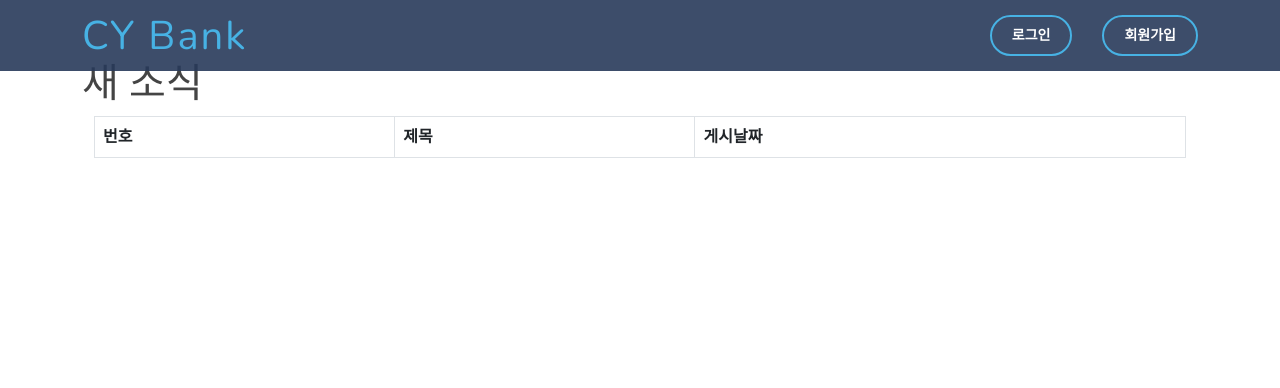
Repository: scy0814/Spring
Page: http://localhost/CYBank/jsp/notice/Notice.jsp
An editor plug-in stored every save of this project. The page is shown before and after the next save, followed by the edit.
The browser window is 1280 px wide. The pictures show the whole page.
The page is served by Tomcat 9.

Above is the page before, as saved 2023-06-26 13:02:28.

After the next save:
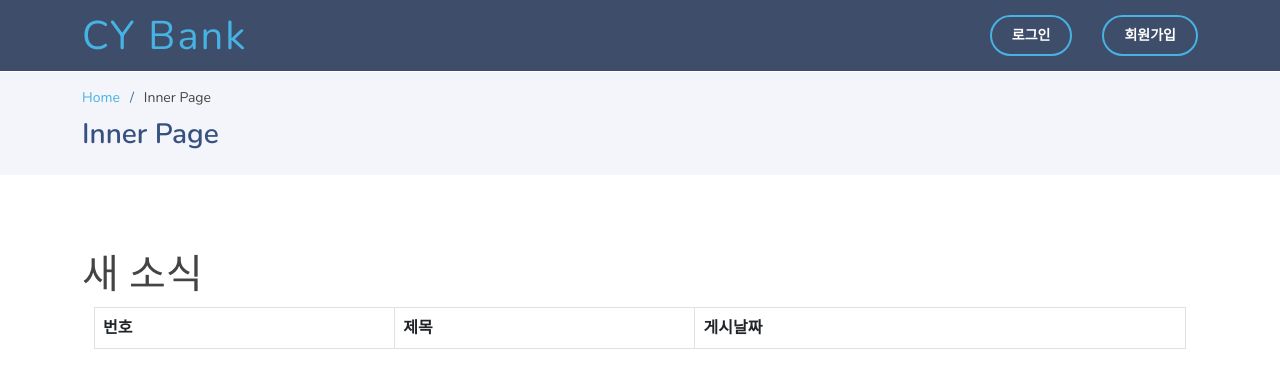
Saved 83 s later.
--- a/CYBank/src/main/webapp/jsp/notice/Notice.jsp
+++ b/CYBank/src/main/webapp/jsp/notice/Notice.jsp
@@ -31,8 +31,24 @@
 <header>
 <jsp:include page="/jsp/include/header.jsp" />
 </header>
-<section class="inner-page">
+ <section id="breadcrumbs" class="breadcrumbs">
       <div class="container">
+
+        <ol>
+          <li><a href="index.html">Home</a></li>
+          <li>Inner Page</li>
+        </ol>
+        <h2>Inner Page</h2>
+
+      </div>
+    </section><!-- End Breadcrumbs -->
+
+    <section class="inner-page">
+      <div class="container">
+        <p>
+
+
+
 <h1 class="new" >새 소식</h1>
  <div class="container">
         <table class="table table-striped table-bordered">
